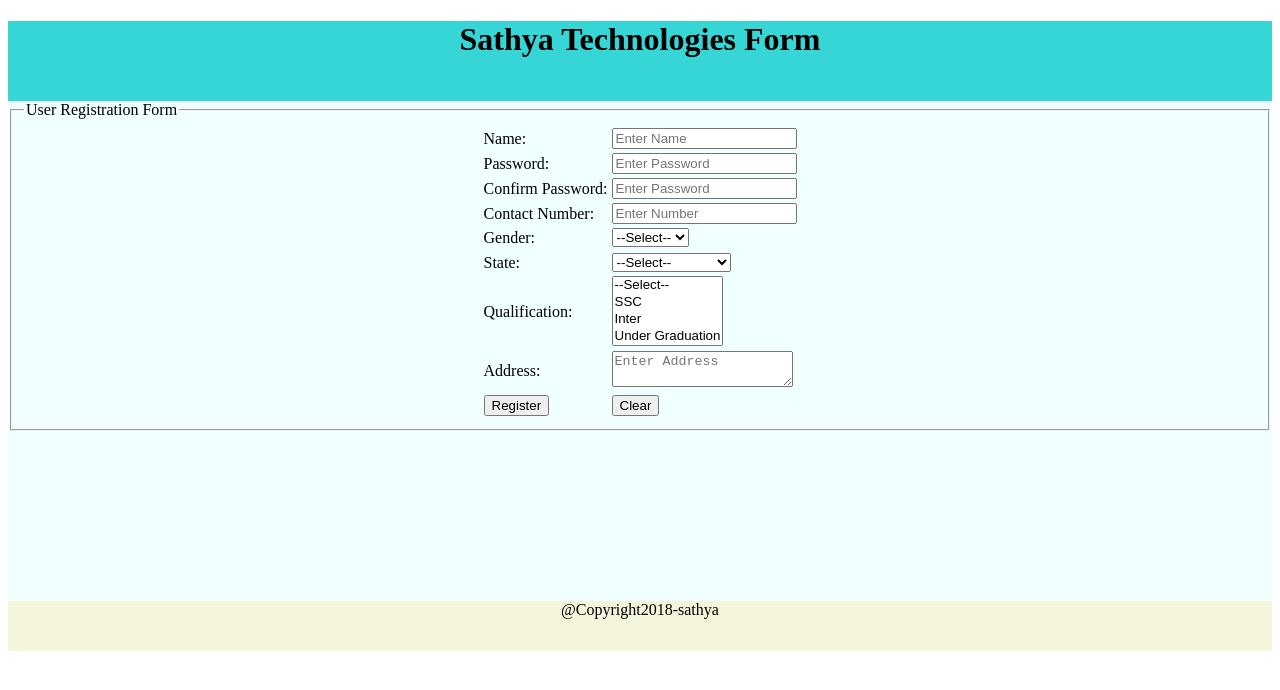
Repository: salman-68/spring-mvc
Page: http://localhost/Reg
These files come from the project's save history. The page is drawn as it stood at one moment and after the next save; the edit follows.
The browser window is 1280 px wide. The pictures show the whole page.
The page is this project's Thymeleaf template; nobody is signed in. The template is opened directly, without the code that normally fills it, so the values that code supplies are empty.

Above is the page before, as saved 2024-12-23 02:07:10.

### Project4/src/main/resources/templates/Reg.html
<!DOCTYPE html>
<html lang="en" xmlns:th="https://www.thymeleaf.org">
<head>
    <style>
        .div1 {
            height: 80px;
            background-color: rgb(55, 214, 214);
        }
        .div2 {
            height: 500px;
            background-color: azure;
        }
        .div3 {
            height: 50px;
            background-color: beige;
            text-align: center;
        }
    </style>
</head>
<body>

<script>
    function data() {
        // Getting input field values
        var a = document.getElementById("a").value;
        var b = document.getElementById("b").value;
        var c = document.getElementById("c").value;
        var d = document.getElementById("d").value;

        // Validation
        if (a == "" || b == "" || c == "" || d == "") {
            alert("All Fields Are Mandatory");
            return false;
        } else if (b != c) {
            alert("Enter Same Password");
            return false;
        } else if (d.length != 10) {
            alert("Please Enter 10 Digits Of Number");
            return false;
        } else if (isNaN(d)) {
            alert("Invalid Number");
            return false;
        }
        return true; // Only if all validations pass
    }
</script>

<div class="div1">
    <h1 align="center">Sathya Technologies Form</h1>
</div>

<div class="div2">
    <fieldset width="100px">
        <legend>User Registration Form</legend>
        <form onsubmit="return data()" th:action="save" method="post">
            <table align="center">
                <tr>
                    <td>Name:</td>
                    <td><input type="text" name="name" placeholder="Enter Name" id="a"></td>
                </tr>
                <tr>
                    <td>Password:</td>
                    <td><input type="password" name="password" placeholder="Enter Password" id="b"> </td>
                </tr>
                <tr>
                    <td>Confirm Password:</td>
                    <td><input type="password" name="pas" placeholder="Enter Password" id="c"> </td>
                </tr>
                <tr>
                    <td>Contact Number:</td>
                    <td><input type="text" placeholder="Enter Number" name="mobilenumber" id="d"> </td>
                </tr>
                <tr>
                    <td>Gender:</td>
                    <td><select name="gender">
                    <option>--Select--</option>
                    <option>Male</option>
                    <option>Female</option>
                    <option>Others</option>
                    </select>
                    </td>
                </tr>
                <tr>

                </tr>
                <tr>
                    <td>State:</td>
                    <td><select name="state">
                        <option>--Select--</option>
                        <option value="andhrapradesh">Andhra Pradesh</option>
                        <option value="telangana">Telangana</option>
                        <option value="maharashtra">Maharashtra</option>
                        <option value="tamilnadu">Tamil Nadu</option>
                    </select></td>
                </tr>
                <tr>
                    <td>Qualification:</td>
                    <td><select name="qualification" multiple>
                        <option>--Select--</option>
                        <option value="ssc">SSC</option>
                        <option value="inter">Inter</option>
                        <option value="underg graduation">Under Graduation</option>
                        <option value="post graduation">Post Graduation</option>
                    </select></td>
                </tr>
                <tr>
                    <td>Address:</td>
                    <td><textarea placeholder="Enter Address" name="address"></textarea></td>
                </tr>
                <tr>
                    <td><input type="submit" value="Register" ></td>
                    <td><input type="reset" value="Clear"></td>
                </tr>
            </table>
        </form>
    </fieldset>
</div>

<div class="div3">@Copyright2018-sathya</div>

</body>
</html>

After the next save:
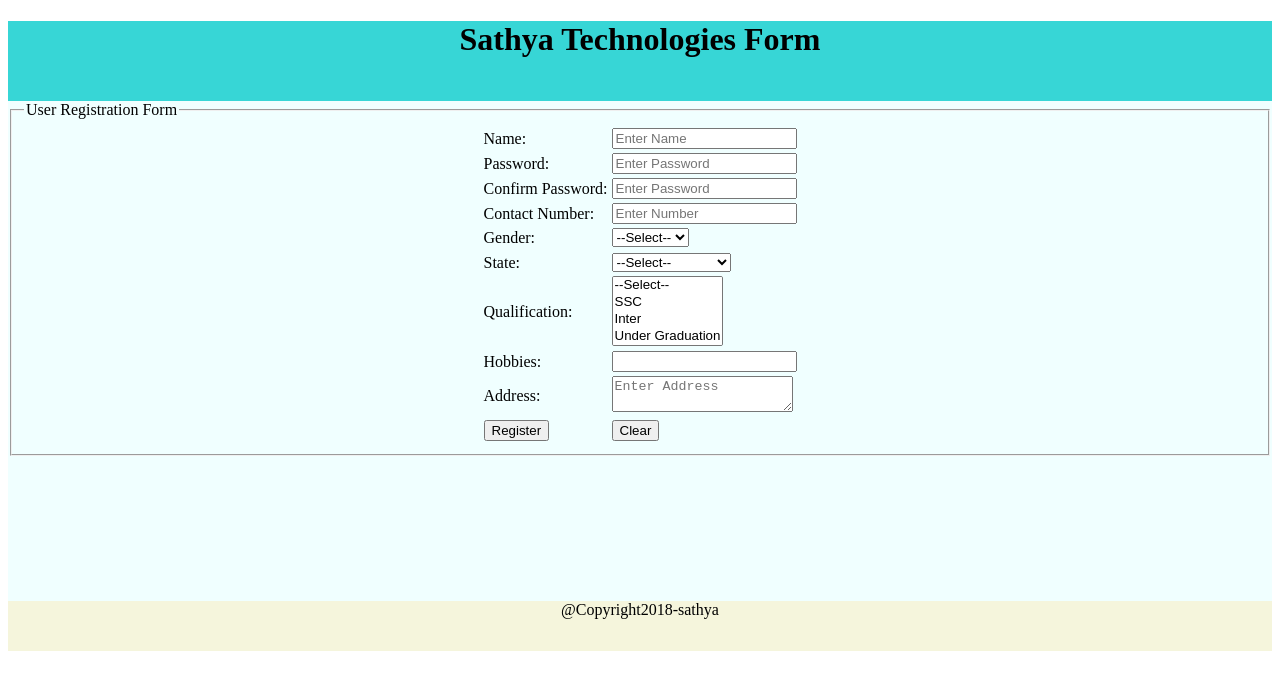
Saved 2 min 57 s later.
--- a/Project4/src/main/resources/templates/Reg.html
+++ b/Project4/src/main/resources/templates/Reg.html
@@ -104,6 +104,13 @@
                     </select></td>
                 </tr>
                 <tr>
+                <td>
+                Hobbies:
+                </td>
+                <td>
+                <input type="text" name="Hobbies">
+                </tr>
+                <tr>
                     <td>Address:</td>
                     <td><textarea placeholder="Enter Address" name="address"></textarea></td>
                 </tr>
